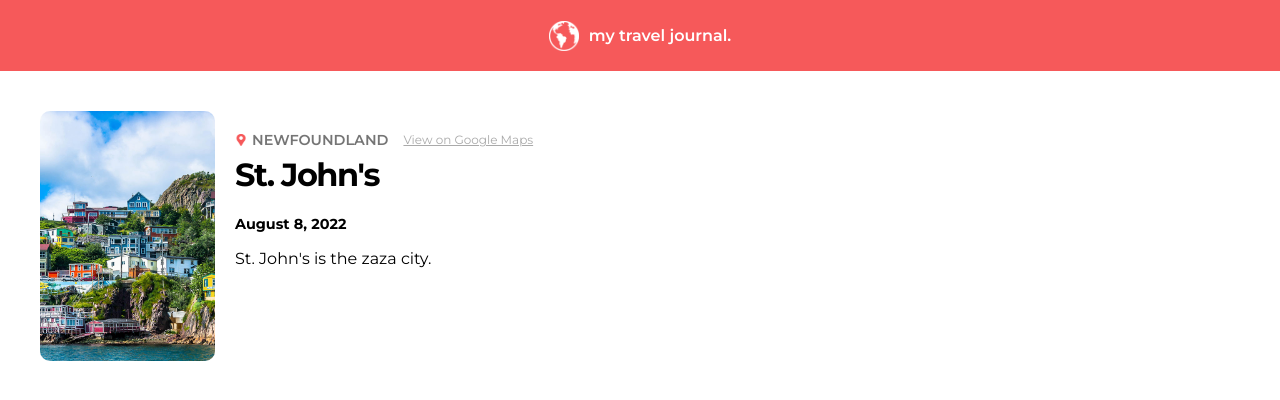
Repository: jsong552/my-city-checklist
Page: /
The author's editor kept a copy of each file at every save. The page is drawn from the files as they stood at one save, then again after the next save.
The browser window is 1280 px wide. The pictures show the whole page.
The project was rebuilt for these pictures with package versions that can differ from the ones it lists, and the page was loaded fresh each time. Imported but missing from the stored project, and not drawn on this page: src/reportWebVitals.

Above is the page before, as saved 2023-12-29 19:00:33.

After the next save:
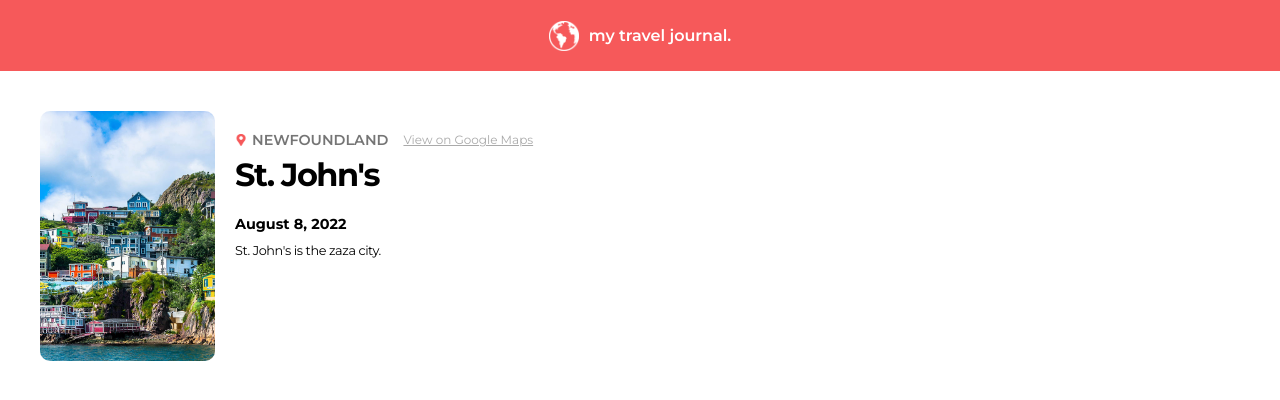
Saved 5 min 10 s later.
--- a/src/index.css
+++ b/src/index.css
@@ -43,6 +43,7 @@ body {
 .cardInfo {
     margin-left: 20px;
     padding-top: 20px;
+    width: 66%;
 }
 
 .locationMarker {
@@ -77,4 +78,11 @@ body {
 
 .cardInfo h3 {
     font-size: 0.9rem;
+    margin-bottom: 10px;
 }
+
+.cardInfo p {
+    margin-top: 0px;
+    font-size: 0.8rem;
+    letter-spacing: -0.4px;
+}
